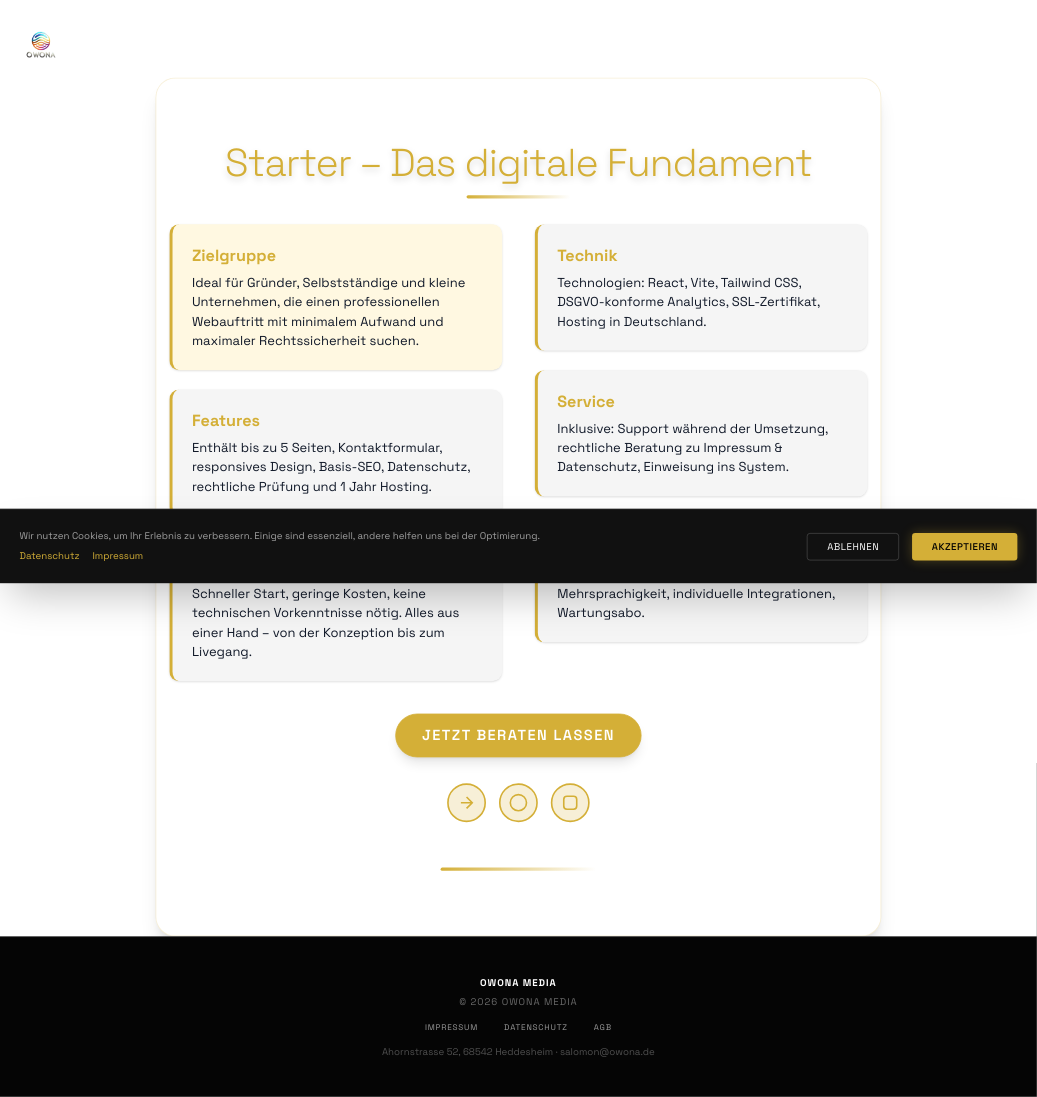
Repository: OwonaMedia/OMedia
Page: /produkte/starter
An editor plug-in stored every save of this project. The page is shown before and after the next save, followed by the edit.
The browser window is 1280 px wide. The pictures show the whole page, at 81% of full size.
The project was rebuilt for these pictures with package versions that can differ from the ones it lists, and the page was loaded fresh each time. Also part of the build but not shown: src/pages/Home.tsx, src/pages/Login.tsx, src/pages/dashboard/Overview.tsx, src/pages/dashboard/Projects.tsx, src/pages/dashboard/Invoices.tsx, src/pages/dashboard/Files.tsx, src/pages/dashboard/Settings.tsx, src/pages/Dashboard.tsx and 7 more. Imported but missing from the stored project, and not drawn on this page: src/pages/legal/AGB, src/pages/legal/Datenschutz, src/pages/legal/Impressum.

Above is the page before, as saved 2026-01-20 18:04:55.

### index.html
<!doctype html>
<html lang="de">
  <head>
    <meta charset="UTF-8" />
    <meta name="viewport" content="width=device-width, initial-scale=1.0" />
    <title>Owona Media</title>
    <meta name="description" content="Owona Media - Webentwicklung & Digital Solutions">
    <link rel="icon" type="image/png" href="/src/assets/favcon.png" />
    <link href="https://fonts.googleapis.com/css2?family=Space+Grotesk:wght@300;400;500;600;700&display=swap" rel="stylesheet">
  </head>
  <body>
    <div id="root"></div>
    <script type="module" src="/src/main.tsx"></script>
  </body>
</html>

### src/main.tsx

import React from 'react'
import ReactDOM from 'react-dom/client'
import { BrowserRouter } from 'react-router-dom'
import App from './App'
import './index.css'
import { TranslationProvider } from './TranslationContext';

ReactDOM.createRoot(document.getElementById('root')!).render(
  <React.StrictMode>
    <TranslationProvider>
      <BrowserRouter>
        <App />
      </BrowserRouter>
    </TranslationProvider>
  </React.StrictMode>,
)

### src/App.tsx
import { Routes, Route, useLocation } from 'react-router-dom';
import { useEffect } from 'react';
import Layout from './components/layout/Layout';
import Home from './pages/Home';
import Impressum from './pages/legal/Impressum';
import Datenschutz from './pages/legal/Datenschutz';
import AGB from './pages/legal/AGB';
import Login from './pages/Login';
import Dashboard from './pages/Dashboard';
import Produkte from './pages/Produkte';
import ProductStarter from './pages/ProductStarter';
import ProductPro from './pages/ProductPro';
import ProductEnterprise from './pages/ProductEnterprise';
import Abo from './pages/Abo';
import Ueber from './pages/Ueber';
import Kontakt from './pages/Kontakt';
import Blog from './pages/Blog';
import { TranslationProvider } from './TranslationContext';

function ScrollToTop() {
  const { pathname } = useLocation();
  useEffect(() => {
    window.scrollTo(0, 0);
  }, [pathname]);
  return null;
}

export default function App() {
  const location = useLocation();
  // Dashboard gets its own layout, all others use Layout
  const isDashboard = location.pathname.startsWith('/dashboard');

  return (
    <TranslationProvider>
      <ScrollToTop />
      <Routes>
        {/* All main pages wrapped in Layout for consistent Header/Footer/CookieBanner */}
        <Route path="/" element={<Layout><Home /></Layout>} />
        <Route path="/impressum" element={<Impressum />} />
        <Route path="/datenschutz" element={<Datenschutz />} />
        <Route path="/agb" element={<AGB />} />
        <Route path="/produkte" element={<Layout darkBg={false}><Produkte /></Layout>} />
        <Route path="/produkte/starter" element={<Layout darkBg={false}><ProductStarter /></Layout>} />
        <Route path="/produkte/pro" element={<Layout darkBg={false}><ProductPro /></Layout>} />
        <Route path="/produkte/enterprise" element={<Layout darkBg={false}><ProductEnterprise /></Layout>} />
        <Route path="/abo" element={<Layout darkBg={false}><Abo /></Layout>} />
        <Route path="/ueber" element={<Layout darkBg={false}><Ueber /></Layout>} />
        <Route path="/kontakt" element={<Layout darkBg={false}><Kontakt /></Layout>} />
        <Route path="/blog" element={<Layout darkBg={false}><Blog /></Layout>} />
        {/* Login and Dashboard can use their own layout or be standalone */}
        <Route path="/login" element={<Login />} />
        <Route path="/dashboard/*" element={<Layout darkBg={false}><Dashboard /></Layout>} />
      </Routes>
    </TranslationProvider>
  );
}

### src/index.css
@import "tailwindcss";


html {
  scroll-behavior: smooth;
}

body {
  background: #000;
  overflow-x: hidden;
  font-family: 'Space Grotesk', sans-serif;
}

/* Custom Cursor */
.cursor-custom {
  width: 20px;
  height: 20px;
  border: 1px solid rgba(212, 175, 55, 0.5);
  border-radius: 50%;
  position: fixed;
  pointer-events: none;
  z-index: 9999;
  transition: transform 0.1s ease, width 0.3s ease, height 0.3s ease;
  mix-blend-mode: difference;
  transform: translate(-50%, -50%);
}

/* Stars Background */
.stars {
  position: fixed;
  inset: 0;
  pointer-events: none;
  background-image:
    radial-gradient(1px 1px at 20px 30px, rgba(255,255,255,0.2), transparent),
    radial-gradient(1.5px 1.5px at 100px 100px, rgba(212, 175, 55, 0.1), transparent),
    radial-gradient(1px 1px at 200px 300px, rgba(255,255,255,0.1), transparent);
  background-size: 400px 400px;
  opacity: 0.5;
}

/* Hamburger Button */
.hamburger {
  position: fixed;
  top: 24px;
  right: 32px;
  z-index: 120;
  display: flex;
  flex-direction: column;
  justify-content: space-between;
  width: 32px;
  height: 24px;
  cursor: pointer !important;
  transition: transform 0.3s;
}

.hamburger span {
  display: block;
  height: 4px;
  width: 100%;
  background: white;
  border-radius: 2px;
  transition: all 0.3s ease;
  transform-origin: center;
}

.hamburger.active span:nth-child(1) {
  transform: translateY(10px) rotate(45deg);
}

.hamburger.active span:nth-child(2) {
  opacity: 0;
}

.hamburger.active span:nth-child(3) {
  transform: translateY(-10px) rotate(-45deg);
}

/* Menu Overlay */
.menu-overlay {
  position: fixed;
  inset: 0;
  background: rgba(0, 0, 0, 0.7);
  backdrop-filter: blur(4px);
  z-index: 110;
  opacity: 0;
  pointer-events: none;
  transition: opacity 0.3s;
}

.menu-overlay.show {
  opacity: 1;
  pointer-events: auto;
}

/* Sidebar Menu */
.sidebar-menu {
  position: fixed;
  top: 16px;
  right: 16px;
  width: auto;
  min-width: 250px;
  max-width: 320px;
  background: #111;
  z-index: 130;
  padding: 32px;
  transform: translateX(calc(100% + 20px));
  transition: transform 0.3s ease;
  border-radius: 12px;
  border: 1px solid rgba(255, 255, 255, 0.1);
  box-shadow: 0 8px 32px rgba(0, 0, 0, 0.5);
}

.sidebar-menu.open {
  transform: translateX(0);
}

/* Reveal animations */
.reveal {
  opacity: 0;
  transform: translateY(40px);
  transition: all 1.2s cubic-bezier(0.16, 1, 0.3, 1);
}

.reveal.visible {
  opacity: 1;
  transform: translateY(0);
}

/* Product Card */
.product-card {
  background: rgba(255,255,255,0.01);
  border: 1px solid rgba(255,255,255,0.05);
  transition: all 0.6s cubic-bezier(0.16, 1, 0.3, 1);
  position: relative;
  overflow: hidden;
}

.product-card:hover {
  border-color: rgba(212, 175, 55, 0.3);
  background: rgba(212, 175, 55, 0.02);
  transform: translateY(-5px);
}

/* Detail Overlay */
.detail-overlay {
  position: fixed;
  inset: 0;
  background: #000;
  z-index: 100;
  opacity: 0;
  transition: opacity 0.5s ease;
  overflow-y: auto;
  padding: 4rem 2rem;
  pointer-events: none;
}

.detail-overlay.active {
  opacity: 1;
  pointer-events: auto;
}

/* Scrollbar */
::-webkit-scrollbar { width: 3px; }
::-webkit-scrollbar-track { background: #000; }
::-webkit-scrollbar-thumb { background: #D4AF37; }

### src/TranslationContext.tsx
import React, { createContext, useContext, useState, useEffect, ReactNode } from 'react';
import { translations } from './translations';

type Language = 'de' | 'en' | 'fr' | 'sw';

interface TranslationContextProps {
  lang: Language;
  setLang: (lang: Language) => void;
  t: (key: string) => string;
}

const TranslationContext = createContext<TranslationContextProps | undefined>(undefined);

export const TranslationProvider = ({ children }: { children: ReactNode }) => {
  const [lang, setLangState] = useState<Language>(() => {
    const stored = localStorage.getItem('lang') as Language;
    return stored || 'de';
  });

  useEffect(() => {
    localStorage.setItem('lang', lang);
  }, [lang]);


  const setLang = (newLang: Language) => {
    if (['de', 'en', 'fr', 'sw'].includes(newLang)) {
      setLangState(newLang);
    } else {
      console.warn(`Unknown language: ${newLang}`);
    }
  }

  const t = (key: string) => {
    console.log(`t() aufgerufen mit Key: '${key}', Sprache: '${lang}'`);
    const dict = translations[lang] || {};
    console.log('Verfügbare Keys für aktuelle Sprache:', Object.keys(dict));
    if (dict[key]) return dict[key];
    // Kein Fallback, sondern Key anzeigen
    console.warn(`Key '${key}' nicht gefunden in Sprache '${lang}'.`);
    return key;
  }

  return (
    <TranslationContext.Provider value={{ lang, setLang, t }}>
      {children}
    </TranslationContext.Provider>
  );
};

export function useTranslation() {
  const context = useContext(TranslationContext);
  if (!context) {
    throw new Error('useTranslation must be used within a TranslationProvider');
  }
  return context;
}

### src/components/layout/Layout.tsx
import { ReactNode } from 'react';
import Header from './Header';
import Footer from './Footer';
import CookieBanner from './CookieBanner';
import CustomCursor from '../ui/CustomCursor';

interface LayoutProps {
  children: ReactNode;
  darkBg?: boolean; // true = schwarzer Hintergrund (Hauptseite), false = weißer Hintergrund
}

export default function Layout({ children, darkBg = true }: LayoutProps) {
  return (
    <div className={darkBg ? 'bg-black text-white' : 'bg-white text-black'}>
      {/* Sterne-Hintergrund nur auf dunklen Seiten */}
      {darkBg && <div className="stars" />}

      <Header />
      <CustomCursor />

      <main className="min-h-screen pt-24">
        {children}
      </main>

      <footer className="px-8 py-12 border-t border-white/5 bg-[#050505] text-white text-xs text-center">
        <div className="mb-2 font-bold tracking-widest uppercase">Owona Media</div>
        <div className="mb-4 text-white/40 tracking-widest uppercase">© {new Date().getFullYear()} Owona Media</div>
        <div className="flex flex-wrap justify-center gap-8 text-[10px] tracking-widest uppercase text-white/60 mb-4">
          <a href="/impressum" className="hover:text-[#D4AF37] transition-colors">Impressum</a>
          <a href="/datenschutz" className="hover:text-[#D4AF37] transition-colors">Datenschutz</a>
          <a href="/agb" className="hover:text-[#D4AF37] transition-colors">AGB</a>
        </div>
        <div className="text-white/30">Ahornstrasse 52, 68542 Heddesheim · salomon@owona.de</div>
      </footer>
      <CookieBanner />
    </div>
  );
}

### src/pages/ProductStarter.tsx

import { useTranslation } from '../TranslationContext';

export default function ProductStarter() {
  const { t } = useTranslation();
  return (
    <div className="max-w-4xl mx-auto py-20 px-4 bg-white rounded-3xl shadow-xl border border-[#D4AF37]/20">
      <h1 className="text-5xl font-light mb-4 text-[#D4AF37] text-center tracking-tight drop-shadow-lg">{t('product.starter.detail.title')}</h1>
      <div className="flex justify-center mb-8">
        <div className="h-1 w-32 bg-gradient-to-r from-[#D4AF37] to-transparent rounded-full" />
      </div>
      <div className="grid md:grid-cols-2 gap-10 mb-10">
        <div className="flex flex-col gap-6">
          <div className="bg-[#FFF8E1] border-l-4 border-[#D4AF37] p-6 rounded-xl shadow-sm">
            <h2 className="text-xl font-bold text-[#D4AF37] mb-2">Zielgruppe</h2>
            <p className="text-gray-900 text-base">{t('product.starter.detail.target')}</p>
          </div>
          <div className="bg-[#F5F5F5] border-l-4 border-[#D4AF37] p-6 rounded-xl shadow-sm">
            <h2 className="text-xl font-bold text-[#D4AF37] mb-2">Features</h2>
            <p className="text-gray-900 text-base">{t('product.starter.detail.features')}</p>
          </div>
          <div className="bg-[#F5F5F5] border-l-4 border-[#D4AF37] p-6 rounded-xl shadow-sm">
            <h2 className="text-xl font-bold text-[#D4AF37] mb-2">Vorteile</h2>
            <p className="text-gray-900 text-base">{t('product.starter.detail.benefits')}</p>
          </div>
        </div>
        <div className="flex flex-col gap-6">
          <div className="bg-[#F5F5F5] border-l-4 border-[#D4AF37] p-6 rounded-xl shadow-sm">
            <h2 className="text-xl font-bold text-[#D4AF37] mb-2">Technik</h2>
            <p className="text-gray-900 text-base">{t('product.starter.detail.tech')}</p>
          </div>
          <div className="bg-[#F5F5F5] border-l-4 border-[#D4AF37] p-6 rounded-xl shadow-sm">
            <h2 className="text-xl font-bold text-[#D4AF37] mb-2">Service</h2>
            <p className="text-gray-900 text-base">{t('product.starter.detail.service')}</p>
          </div>
          <div className="bg-[#F5F5F5] border-l-4 border-[#D4AF37] p-6 rounded-xl shadow-sm">
            <h2 className="text-xl font-bold text-[#D4AF37] mb-2">Add-ons</h2>
            <p className="text-gray-900 text-base">{t('product.starter.detail.addons')}</p>
          </div>
        </div>
      </div>
      <div className="flex flex-col items-center gap-6 mt-8">
        <a href="/kontakt" className="px-8 py-3 rounded-full bg-[#D4AF37] text-white font-semibold uppercase tracking-widest text-lg shadow-lg hover:bg-black hover:text-[#D4AF37] border border-[#D4AF37] transition">Jetzt beraten lassen</a>
        <div className="flex gap-4 mt-2">
          <div className="w-12 h-12 rounded-full bg-[#D4AF37]/20 flex items-center justify-center border-2 border-[#D4AF37]">
            <svg width="24" height="24" fill="none" stroke="#D4AF37" strokeWidth="2" viewBox="0 0 24 24"><path d="M5 12h14M12 5l7 7-7 7" /></svg>
          </div>
          <div className="w-12 h-12 rounded-full bg-[#D4AF37]/20 flex items-center justify-center border-2 border-[#D4AF37]">
            <svg width="24" height="24" fill="none" stroke="#D4AF37" strokeWidth="2" viewBox="0 0 24 24"><circle cx="12" cy="12" r="10" /></svg>
          </div>
          <div className="w-12 h-12 rounded-full bg-[#D4AF37]/20 flex items-center justify-center border-2 border-[#D4AF37]">
            <svg width="24" height="24" fill="none" stroke="#D4AF37" strokeWidth="2" viewBox="0 0 24 24"><rect x="4" y="4" width="16" height="16" rx="4" /></svg>
          </div>
        </div>
        <div className="w-full flex justify-center mt-8">
          <div className="h-1 w-48 bg-gradient-to-r from-[#D4AF37] to-transparent rounded-full" />
        </div>
      </div>
    </div>
  );
}

### src/components/layout/CookieBanner.tsx

import { useState, useEffect } from 'react';
import { useTranslation } from '../../TranslationContext';

export default function CookieBanner() {
  const { t } = useTranslation();
  const [show, setShow] = useState(false);

  useEffect(() => {
    const consent = localStorage.getItem('cookie-consent');
    if (!consent) {
      // Kurze Verzögerung für nice UX
      const timer = setTimeout(() => setShow(true), 1000);
      return () => clearTimeout(timer);
    }
  }, []);

  const handleAccept = () => {
    localStorage.setItem('cookie-consent', 'accepted');
    setShow(false);
  };

  const handleDecline = () => {
    localStorage.setItem('cookie-consent', 'declined');
    setShow(false);
  };

  if (!show) return null;

  return (
    <div className="fixed bottom-0 left-0 right-0 z-[200] p-4 md:p-6 bg-[#111] border-t border-white/10 shadow-2xl animate-in slide-in-from-bottom-10 fade-in duration-500">
      <div className="max-w-7xl mx-auto flex flex-col md:flex-row items-center justify-between gap-6">
        <div className="text-xs text-white/60 leading-relaxed max-w-3xl">
          <p>
            {t('cookie.text') || "Wir nutzen Cookies, um Ihr Erlebnis auf unserer Website zu verbessern. Einige sind essenziell, andere helfen uns, diese Website und Ihre Erfahrung zu optimieren."}
          </p>
          <div className="mt-1">
            <a href="/datenschutz" className="text-[#D4AF37] hover:underline mr-4">{t('footer.privacy')}</a>
            <a href="/impressum" className="text-[#D4AF37] hover:underline">{t('footer.impressum')}</a>
          </div>
        </div>
        <div className="flex gap-4 shrink-0">
          <button
            onClick={handleDecline}
            className="px-6 py-2 border border-white/20 rounded text-xs text-white hover:bg-white/5 transition-colors uppercase tracking-wider"
          >
            {t('cookie.decline') || "Ablehnen"}
          </button>
          <button
            onClick={handleAccept}
            className="px-6 py-2 bg-[#D4AF37] text-black font-medium rounded text-xs hover:bg-[#b5952f] transition-colors uppercase tracking-wider shadow-[0_0_15px_rgba(212,175,55,0.3)]"
          >
            {t('cookie.accept') || "Akzeptieren"}
          </button>
        </div>
      </div>
    </div>
  );
}

### src/components/ui/CustomCursor.tsx
import { useEffect, useRef } from 'react';

export default function CustomCursor() {
  const cursorRef = useRef<HTMLDivElement>(null);

  useEffect(() => {
    const cursor = cursorRef.current;
    if (!cursor) return;

    const handleMouseMove = (e: MouseEvent) => {
      cursor.style.left = `${e.clientX}px`;
      cursor.style.top = `${e.clientY}px`;
    };

    document.addEventListener('mousemove', handleMouseMove);
    return () => document.removeEventListener('mousemove', handleMouseMove);
  }, []);

  return <div ref={cursorRef} className="cursor-custom" style={{left: '-20px', top: '-20px'}} />;
}

### src/components/LogoO.tsx
import React from 'react';
import logo from '../assets/logo.png';

export function LogoO({ className = '', style = {} }) {
  return (
    <img src={logo} alt="Owona Media Logo" className={className} style={style} />
  );
}

export default LogoO;

Loaded but not shown: src/translations.ts (803 lines, source omitted); src/components/layout/Header.tsx (101 lines, source omitted)

After the next save:
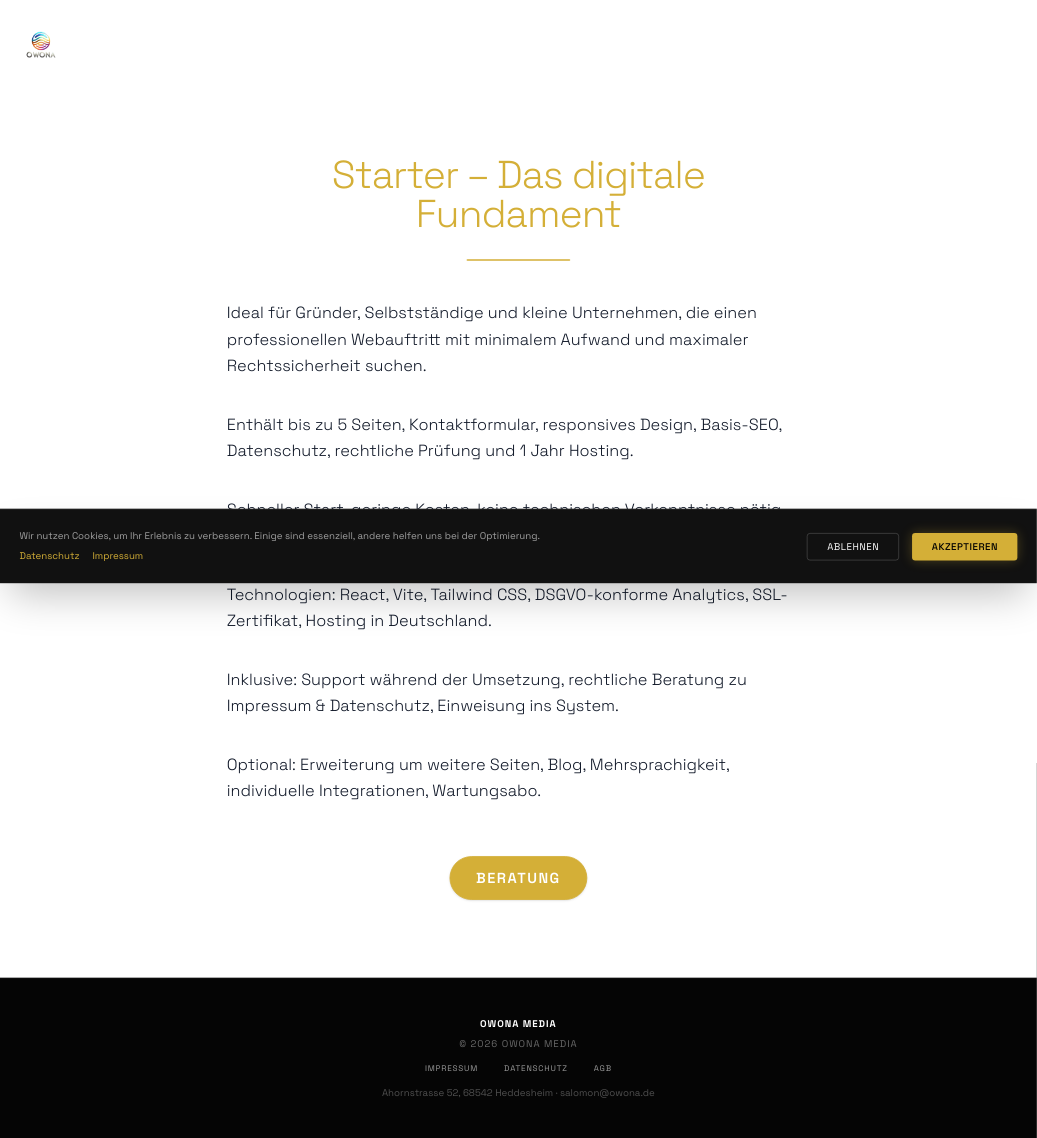
Saved 3 min 29 s later.
--- a/src/pages/ProductStarter.tsx
+++ b/src/pages/ProductStarter.tsx
@@ -1,60 +1,25 @@
+
 
 import { useTranslation } from '../TranslationContext';
 
 export default function ProductStarter() {
   const { t } = useTranslation();
   return (
-    <div className="max-w-4xl mx-auto py-20 px-4 bg-white rounded-3xl shadow-xl border border-[#D4AF37]/20">
-      <h1 className="text-5xl font-light mb-4 text-[#D4AF37] text-center tracking-tight drop-shadow-lg">{t('product.starter.detail.title')}</h1>
-      <div className="flex justify-center mb-8">
-        <div className="h-1 w-32 bg-gradient-to-r from-[#D4AF37] to-transparent rounded-full" />
+    <div className="max-w-3xl mx-auto py-24 px-6 bg-white">
+      <h1 className="text-5xl font-light mb-8 text-[#D4AF37] text-center tracking-tight">{t('product.starter.detail.title')}</h1>
+      <div className="flex justify-center mb-12">
+        <div className="h-0.5 w-32 bg-[#D4AF37] rounded-full" />
       </div>
-      <div className="grid md:grid-cols-2 gap-10 mb-10">
-        <div className="flex flex-col gap-6">
-          <div className="bg-[#FFF8E1] border-l-4 border-[#D4AF37] p-6 rounded-xl shadow-sm">
-            <h2 className="text-xl font-bold text-[#D4AF37] mb-2">Zielgruppe</h2>
-            <p className="text-gray-900 text-base">{t('product.starter.detail.target')}</p>
-          </div>
-          <div className="bg-[#F5F5F5] border-l-4 border-[#D4AF37] p-6 rounded-xl shadow-sm">
-            <h2 className="text-xl font-bold text-[#D4AF37] mb-2">Features</h2>
-            <p className="text-gray-900 text-base">{t('product.starter.detail.features')}</p>
-          </div>
-          <div className="bg-[#F5F5F5] border-l-4 border-[#D4AF37] p-6 rounded-xl shadow-sm">
-            <h2 className="text-xl font-bold text-[#D4AF37] mb-2">Vorteile</h2>
-            <p className="text-gray-900 text-base">{t('product.starter.detail.benefits')}</p>
-          </div>
-        </div>
-        <div className="flex flex-col gap-6">
-          <div className="bg-[#F5F5F5] border-l-4 border-[#D4AF37] p-6 rounded-xl shadow-sm">
-            <h2 className="text-xl font-bold text-[#D4AF37] mb-2">Technik</h2>
-            <p className="text-gray-900 text-base">{t('product.starter.detail.tech')}</p>
-          </div>
-          <div className="bg-[#F5F5F5] border-l-4 border-[#D4AF37] p-6 rounded-xl shadow-sm">
-            <h2 className="text-xl font-bold text-[#D4AF37] mb-2">Service</h2>
-            <p className="text-gray-900 text-base">{t('product.starter.detail.service')}</p>
-          </div>
-          <div className="bg-[#F5F5F5] border-l-4 border-[#D4AF37] p-6 rounded-xl shadow-sm">
-            <h2 className="text-xl font-bold text-[#D4AF37] mb-2">Add-ons</h2>
-            <p className="text-gray-900 text-base">{t('product.starter.detail.addons')}</p>
-          </div>
-        </div>
+      <div className="space-y-10 text-gray-900 text-xl leading-relaxed font-light">
+        <p>{t('product.starter.detail.target')}</p>
+        <p>{t('product.starter.detail.features')}</p>
+        <p>{t('product.starter.detail.benefits')}</p>
+        <p>{t('product.starter.detail.tech')}</p>
+        <p>{t('product.starter.detail.service')}</p>
+        <p>{t('product.starter.detail.addons')}</p>
       </div>
-      <div className="flex flex-col items-center gap-6 mt-8">
-        <a href="/kontakt" className="px-8 py-3 rounded-full bg-[#D4AF37] text-white font-semibold uppercase tracking-widest text-lg shadow-lg hover:bg-black hover:text-[#D4AF37] border border-[#D4AF37] transition">Jetzt beraten lassen</a>
-        <div className="flex gap-4 mt-2">
-          <div className="w-12 h-12 rounded-full bg-[#D4AF37]/20 flex items-center justify-center border-2 border-[#D4AF37]">
-            <svg width="24" height="24" fill="none" stroke="#D4AF37" strokeWidth="2" viewBox="0 0 24 24"><path d="M5 12h14M12 5l7 7-7 7" /></svg>
-          </div>
-          <div className="w-12 h-12 rounded-full bg-[#D4AF37]/20 flex items-center justify-center border-2 border-[#D4AF37]">
-            <svg width="24" height="24" fill="none" stroke="#D4AF37" strokeWidth="2" viewBox="0 0 24 24"><circle cx="12" cy="12" r="10" /></svg>
-          </div>
-          <div className="w-12 h-12 rounded-full bg-[#D4AF37]/20 flex items-center justify-center border-2 border-[#D4AF37]">
-            <svg width="24" height="24" fill="none" stroke="#D4AF37" strokeWidth="2" viewBox="0 0 24 24"><rect x="4" y="4" width="16" height="16" rx="4" /></svg>
-          </div>
-        </div>
-        <div className="w-full flex justify-center mt-8">
-          <div className="h-1 w-48 bg-gradient-to-r from-[#D4AF37] to-transparent rounded-full" />
-        </div>
+      <div className="flex justify-center mt-16">
+        <a href="/kontakt" className="px-8 py-3 rounded-full bg-[#D4AF37] text-white font-semibold uppercase tracking-widest text-lg shadow hover:bg-black hover:text-[#D4AF37] border border-[#D4AF37] transition">Beratung</a>
       </div>
     </div>
   );
